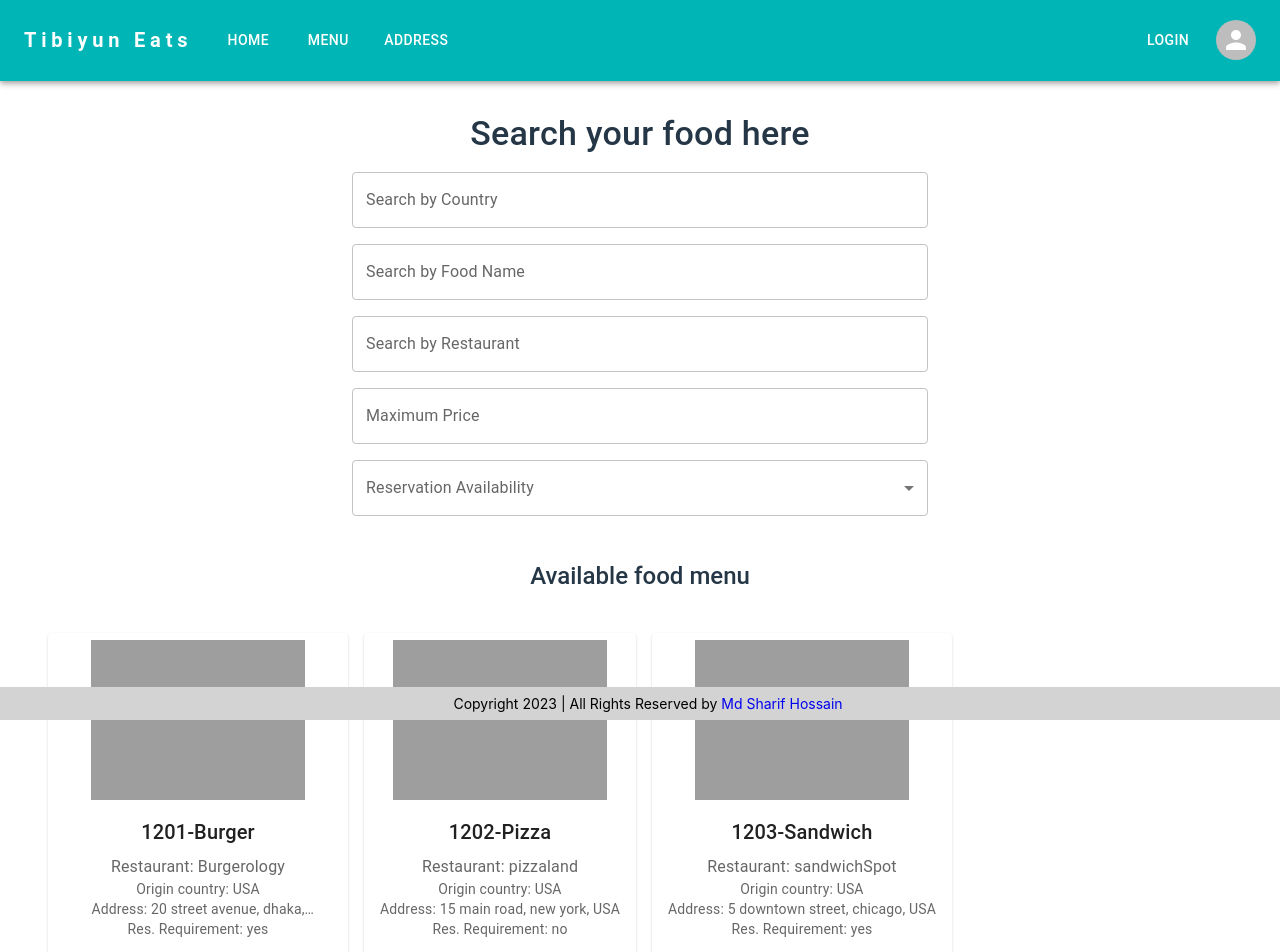
Repository: Sharif-00112/tibiyun-test-frontend
Page: /
These files come from the project's save history. The page is drawn as it stood at one moment and after the next save; the edit follows.
The browser window is 1280 px wide. The pictures show the part of the page from y = 0 to 952 px (the page is 3094 px tall before and 3146 px after).
Pictures or frames that could not be fetched are drawn as grey boxes. The page's requests for data from a server got no answer. The project was rebuilt for these pictures with package versions that can differ from the ones it lists, and the page was loaded fresh each time. No one was signed in, and anything a server would have sent is missing. Also part of the build but not shown: src/Pages/NotFound/NotFound.js, src/Pages/Login/Login/Login.js, src/Pages/Login/Register/Register.js, src/Pages/Dashboard/Dashboard/Dashboard.js, src/Pages/Login/PrivateRoute/PrivateRoute.js, src/Pages/Dashboard/AdminPanel/AdminPanel.js. Imported but missing from the stored project, and not drawn on this page: src/Pages/Login/AdminRoute/AdminRoute, src/hooks/useTitle.

Above is the page before, as saved 2023-08-22 14:28:44.

After the next save:
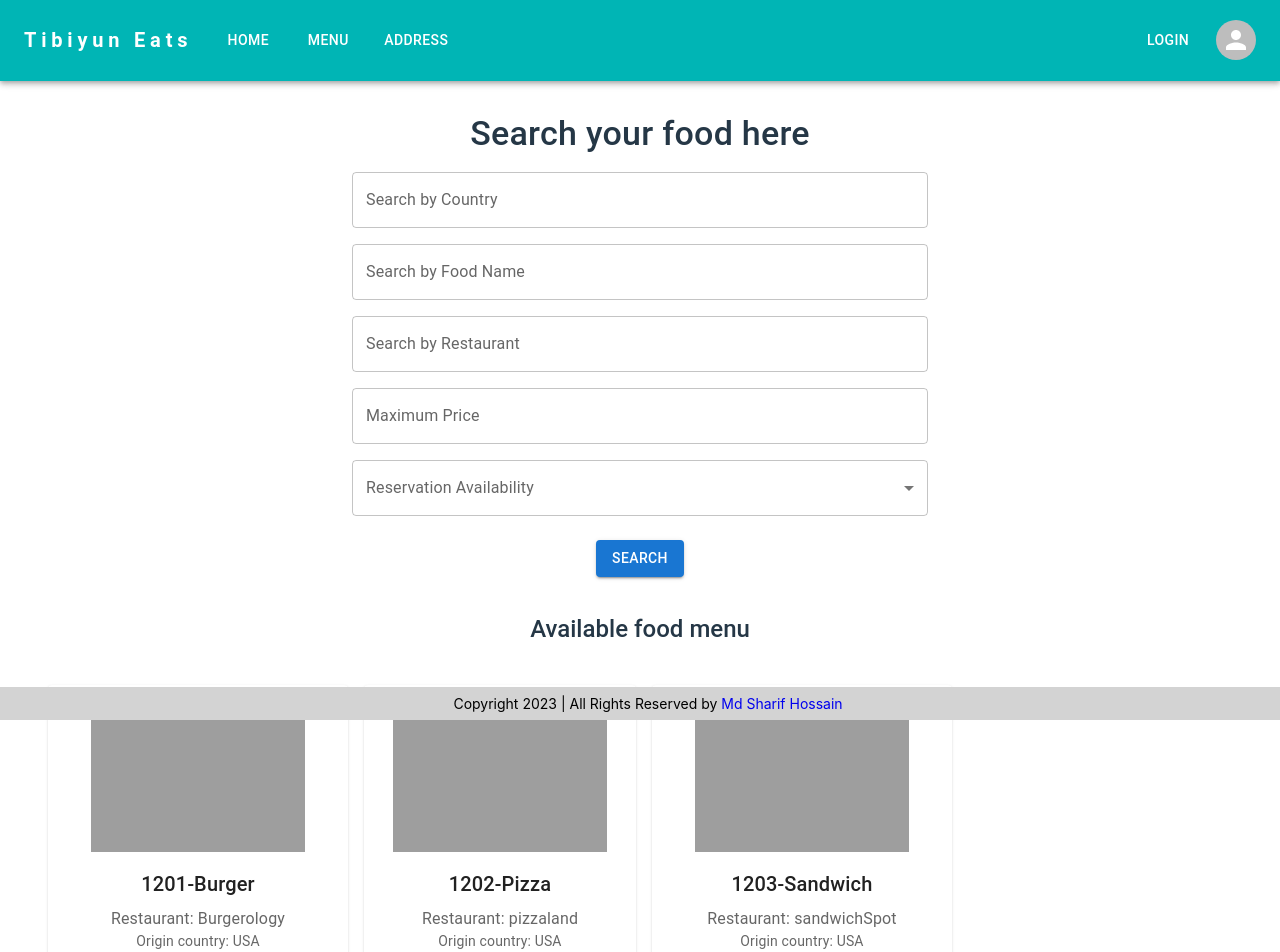
Saved 112 s later.
--- a/src/Pages/Home/WholeMenu/WholeMenu.js
+++ b/src/Pages/Home/WholeMenu/WholeMenu.js
@@ -30,6 +30,10 @@ const WholeMenu = () => {
             (searchMaxPrice === '' || parseFloat(menuItem.foodPrice) <= parseFloat(searchMaxPrice)) &&
             (searchReservation === '' || menuItem.reservationAvailability.toLowerCase() === searchReservation.toLowerCase())
         );
+    };
+
+    const handleSearchSubmit = () => {
+
     };
 
     return (
@@ -89,6 +93,16 @@ const WholeMenu = () => {
                     <MuiMenuItem value="yes">Available</MuiMenuItem>
                     <MuiMenuItem value="no">Not Available</MuiMenuItem>
                 </TextField>
+                <br />
+                {/* Submit Button */}
+                <Button
+                    variant="contained"
+                    color="primary"
+                    onClick={handleSearchSubmit}
+                    sx={{ mt: 2 }}
+                >
+                    Search
+                </Button>
                 <br /><br />
                 <Typography sx={{ fontWeight: 500, m:2, color: '#253746' }} gutterBottom variant="h5" component="div">
                     Available food menu
